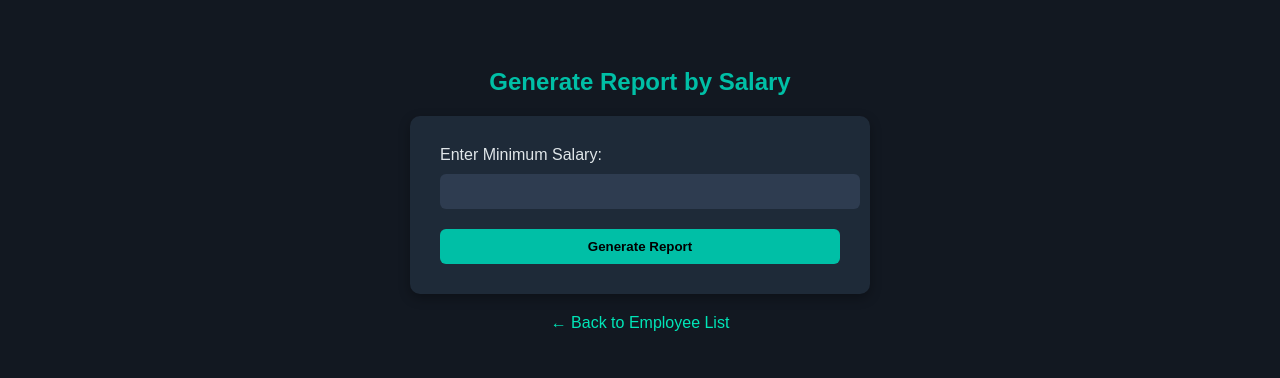
Repository: KUSUMA-74/Advance-JavaProject
Page: http://localhost/EmployeeWebApp/report_form.jsp
The author's editor kept a copy of each file at every save. The page is drawn from the files as they stood at one save, then again after the next save.
The browser window is 1280 px wide. The pictures show the whole page.
The page is served by Tomcat 9.

Above is the page before, as saved 2025-05-30 08:37:43.

After the next save:
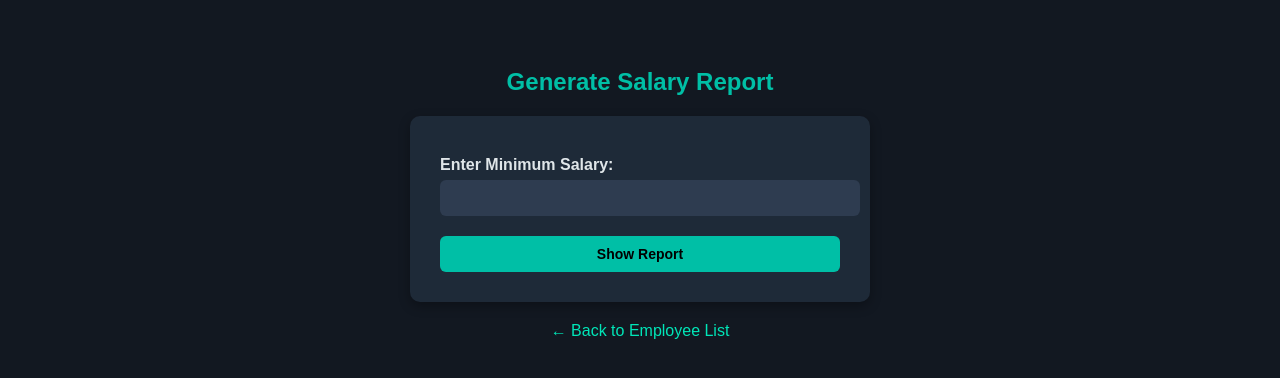
Saved 53 s later.
--- a/EmployeeWebApp/src/main/webapp/report_form.jsp
+++ b/EmployeeWebApp/src/main/webapp/report_form.jsp
@@ -2,7 +2,7 @@
 <!DOCTYPE html>
 <html>
 <head>
-    <title>Report Criteria</title>
+    <title>Generate Salary Report</title>
     <style>
         body {
             background-color: #121821;
@@ -22,15 +22,22 @@
             border-radius: 10px;
             box-shadow: 0 4px 12px rgba(0,0,0,0.3);
             width: 400px;
+            display: flex;
+            flex-direction: column;
+        }
+        label {
+            margin-top: 10px;
+            font-weight: bold;
         }
         input {
             width: 100%;
             padding: 10px;
-            margin-top: 10px;
+            margin-top: 6px;
             border: none;
             border-radius: 6px;
             background-color: #2e3c50;
             color: white;
+            font-size: 14px;
         }
         input[type=submit] {
             background-color: #00bfa6;
@@ -44,17 +51,31 @@
             color: #00e6b8;
             text-decoration: none;
         }
+        .error {
+            margin-top: 20px;
+            color: #ff5252;
+            text-align: center;
+        }
     </style>
 </head>
 <body>
-    <h2>Generate Report by Salary</h2>
+    <h2>Generate Salary Report</h2>
 
     <form action="report_result.jsp" method="get">
-        <label>Enter Minimum Salary:</label>
-        <input type="number" name="salary" step="0.01" required />
+        <label for="salary">Enter Minimum Salary:</label>
+        <input type="number" name="salary" id="salary" step="0.01" required />
 
-        <input type="submit" value="Generate Report" />
+        <input type="submit" value="Show Report" />
     </form>
+
+    <%
+       String error = request.getParameter("error");
+       if (error != null) {
+    %>
+       <p class="error"><%= error %></p>
+    <%
+       }
+    %>
 
     <a href="empdisplay.jsp">← Back to Employee List</a>
 </body>
